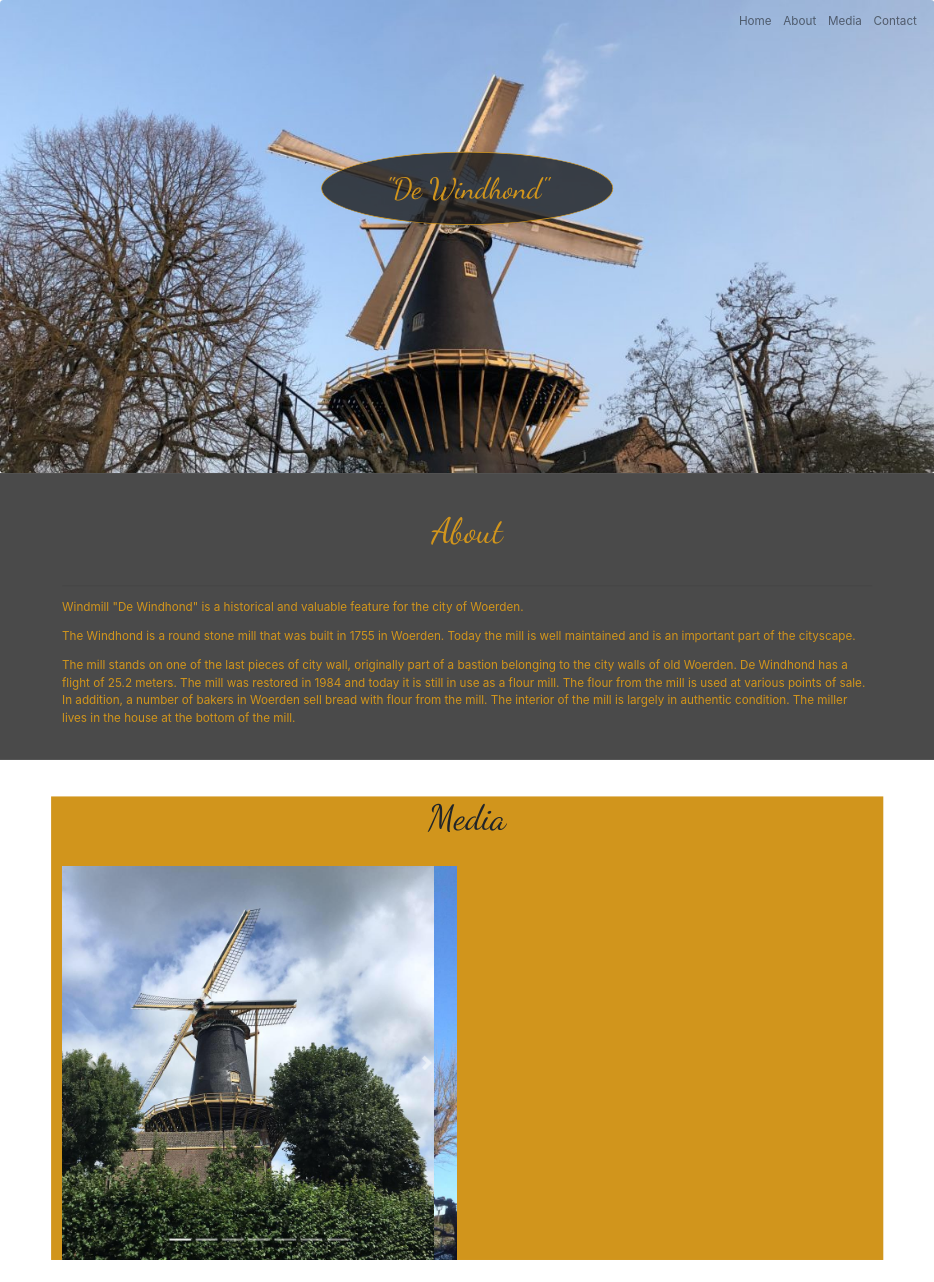
Repository: jdl208/DeWindhond
Page: index.html
The author's editor kept a record of every edit. The page is drawn from the files as they stood at one moment, then again after the next edit.
The browser window is 1280 px wide. The pictures show the whole page, at 73% of full size.
Pictures or frames that could not be fetched are drawn as grey boxes. Some web libraries are served in a nearby version.

Above is the page before.

### index.html
<!DOCTYPE html>
<html lang="en">

<head>
    <meta charset="UTF-8">
    <meta name="viewport" content="width=device-width, initial-scale=1.0">
    <meta http-equiv="X-UA-Compatible" content="ie=edge">
    <title>Windmill "De Windhond"</title>
    <link rel="stylesheet" href="https://stackpath.bootstrapcdn.com/bootstrap/4.3.1/css/bootstrap.min.css" integrity="sha384-ggOyR0iXCbMQv3Xipma34MD+dH/1fQ784/j6cY/iJTQUOhcWr7x9JvoRxT2MZw1T" crossorigin="anonymous">
    <link href="https://fonts.googleapis.com/css?family=Dancing+Script:400,700&display=swap" rel="stylesheet">
    <link rel="stylesheet" href="assets/css/style.css" type="text/css" />

</head>

<body>

    <!-- Header and Navigation-->

    <header class="jumbotron" id="home">
        <nav class="navbar fixed-top navbar-expand-lg navbar-light">
            <div class="navbar-brand" href="#"></div>
            <button class="navbar-toggler" type="button" data-toggle="collapse" data-target="#navbarTogglerDemo02" aria-controls="navbarTogglerDemo02" aria-expanded="false" aria-label="Toggle navigation">
                <span class="navbar-toggler-icon"></span>
            </button>

            <div class="collapse navbar-collapse" id="navbarTogglerDemo02">
                <ul class="navbar-nav ml-auto mt-2 mt-lg-0">
                    <li class="nav-item ml-auto">
                        <a class="nav-link" href="#home">Home <span class="sr-only">(current)</span></a>
                    </li>
                    <li class="nav-item ml-auto">
                        <a class="nav-link" href="#about">About</a>
                    </li>
                    <li class="nav-item ml-auto">
                        <a class="nav-link" href="#media">Media</a>
                    </li>
                    <li class="nav-item ml-auto">
                        <a class="nav-link" href="#contact">Contact</a>
                    </li>
                </ul>
            </div>
        </nav>
        <h1 class="name">"De Windhond"
        </h1>
    </header>

    <!-- About the Mill -->

    <section class="dark-bg-yellow-letters sectioncontainer" id="about">
        <div class="container about">
            <h2>About</h2>
            <hr>
            <p>Windmill "De Windhond" is a historical and valuable feature for the city of Woerden.</P>
            <p>The Windhond is a round stone mill that was built in 1755 in Woerden. Today the mill is well maintained and is an important part of the cityscape.</p>
            <p>The mill stands on one of the last pieces of city wall, originally part of a bastion belonging to the city walls of old Woerden. De Windhond has a flight of 25.2 meters. The mill was restored in 1984 and today it is still in use as a flour
                mill. The flour from the mill is used at various points of sale. In addition, a number of bakers in Woerden sell bread with flour from the mill. The interior of the mill is largely in authentic condition. The miller lives in the house
                at the bottom of the mill.
            </p>
        </div>
    </section>

    <section id="media" class="sectioncontainer">
        <div class="container mediabox">
            <H2>Media</H2>
            <div class="row">
                <div class="col-md-6 imagebox">
                    <div id="carouselExampleIndicators" class="carousel slide mediacarroussel" data-ride="carousel">
                        <ol class="carousel-indicators">
                            <li data-target="#carouselExampleIndicators" data-slide-to="0" class="active"></li>
                            <li data-target="#carouselExampleIndicators" data-slide-to="1"></li>
                            <li data-target="#carouselExampleIndicators" data-slide-to="2"></li>
                            <li data-target="#carouselExampleIndicators" data-slide-to="3"></li>
                            <li data-target="#carouselExampleIndicators" data-slide-to="4"></li>
                            <li data-target="#carouselExampleIndicators" data-slide-to="5"></li>
                            <li data-target="#carouselExampleIndicators" data-slide-to="6"></li>
                        </ol>
                        <div class="carousel-inner">
                            <div class="carousel-item active">
                                <img src="assets/images/img1.jpg" class="d-block" alt="...">
                            </div>
                            <div class="carousel-item">
                                <img src="assets/images/img2.jpg" class="d-block" alt="...">
                            </div>
                            <div class="carousel-item">
                                <img src="assets/images/img3.jpg" class="d-block" alt="...">
                            </div>
                            <div class="carousel-item">
                                <img src="assets/images/img4.jpg" class="d-block" alt="...">
                            </div>
                            <div class="carousel-item">
                                <img src="assets/images/img5.jpg" class="d-block" alt="...">
                            </div>
                            <div class="carousel-item">
                                <img src="assets/images/img6.jpg" class="d-block" alt="...">
                            </div>
                            <div class="carousel-item">
                                <img src="assets/images/img7.jpg" class="d-block" alt="...">
                            </div>
                        </div>
                        <a class="carousel-control-prev" href="#carouselExampleIndicators" role="button" data-slide="prev">
                        <span class="carousel-control-prev-icon" aria-hidden="true"></span>
                        <span class="sr-only">Previous</span>
                    </a>
                        <a class="carousel-control-next" href="#carouselExampleIndicators" role="button" data-slide="next">
                        <span class="carousel-control-next-icon" aria-hidden="true"></span>
                        <span class="sr-only">Next</span>
                    </a>
                    </div>
                </div>
                <div class="col-md-6">
                <iframe width="560" height="315" src="https://www.youtube.com/embed/lAjF5r5rAqM" frameborder="0" allow="accelerometer; autoplay; encrypted-media; gyroscope; picture-in-picture" allowfullscreen></iframe>
            </div>
        </div>
    </section>
    <section class="contact">

    </section>
    <footer>


    </footer>

    <script src="https://code.jquery.com/jquery-3.3.1.slim.min.js" integrity="sha384-q8i/X+965DzO0rT7abK41JStQIAqVgRVzpbzo5smXKp4YfRvH+8abtTE1Pi6jizo" crossorigin="anonymous"></script>
    <script src="https://cdnjs.cloudflare.com/ajax/libs/popper.js/1.14.7/umd/popper.min.js" integrity="sha384-UO2eT0CpHqdSJQ6hJty5KVphtPhzWj9WO1clHTMGa3JDZwrnQq4sF86dIHNDz0W1" crossorigin="anonymous"></script>
    <script src="https://stackpath.bootstrapcdn.com/bootstrap/4.3.1/js/bootstrap.min.js" integrity="sha384-JjSmVgyd0p3pXB1rRibZUAYoIIy6OrQ6VrjIEaFf/nJGzIxFDsf4x0xIM+B07jRM" crossorigin="anonymous"></script>
    <script src="https://kit.fontawesome.com/70761e8d6e.js"></script>

</body>

</html>

### assets/css/style.css
@import url('https://fonts.googleapis.com/css?family=Dancing+Script:400,700&display=swap');

/* ---------------------------------------------- Colors */

.bg-name {
    color: rgb(209, 149, 28);
    background-color: rgba(29, 29, 29, 0.8);
}

.dark-bg-yellow-letters {
    color: rgb(209, 149, 28);
    background-color: rgba(29, 29, 29, 0.8);
}

.block-divider {
    width: 75px;
    height: 5px;
    border: 0;
    border-radius: 15px;
}

.yellow-divider {
        background-color: rgb(209, 149, 28);
}

.dark-divider {
        background-color: rgb(29, 29, 29);
}

/* ---------------------------------------------- Heading */

h2,
h3 {
    font-family: "dancing script";
    text-align: center;
    font-size: 3rem;
    padding-bottom: 30px;
}

/* ---------------------------------------------- Header and navbar */

.navbar {
    background: none;
}

.navbar-light {
    color: rgba(29, 29, 29, 1);
}

.jumbotron {
    height: 90vh;
    background: url(../images/mill-outside-full.jpg);
    background-position: top;
    background-size: cover;
    background-repeat: no-repeat;
    margin-bottom: 0;
}

.name {
    color: rgb(209, 149, 28);
    background-color: rgba(29, 29, 29, 0.8);
    border: rgb(209, 149, 28) solid 1px;
    height: 100px;
    width: 400px;
    max-width: 75vw;
    padding-top: 25px;
    border-radius: 100%;
    margin: auto;
    margin-top: 20vh;
    text-align: center;
    font-family: "dancing script";
}

/* ---------------------------------------------- About */

/* ---------------------------------------------- Media */

.mediabox {
    background-color: rgb(209, 149, 28);
}

.carousel-item {
    height: 75vh;
    background-color: rgba(29, 29, 29, 0.2);
}

.sectioncontainer {
    padding-top: 50px;
    padding-bottom: 30px;
}

.carousel-item img {
    margin: auto;
    height: 75vh;
}

After the next edit:
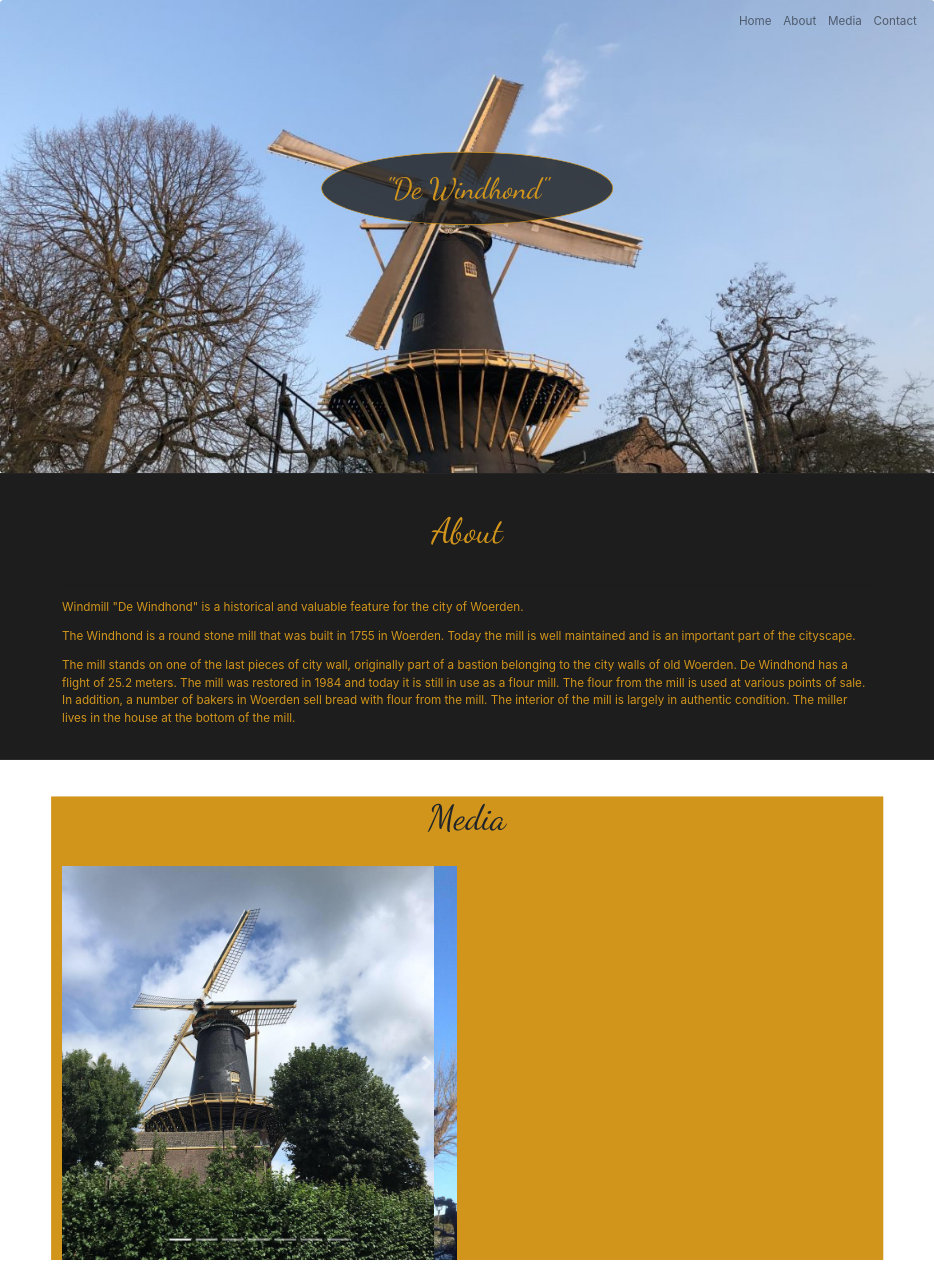
The edit:
--- a/assets/css/style.css
+++ b/assets/css/style.css
@@ -9,7 +9,7 @@
 
 .dark-bg-yellow-letters {
     color: rgb(209, 149, 28);
-    background-color: rgba(29, 29, 29, 0.8);
+    background-color: rgba(29, 29, 29, 1);
 }
 
 .block-divider {
